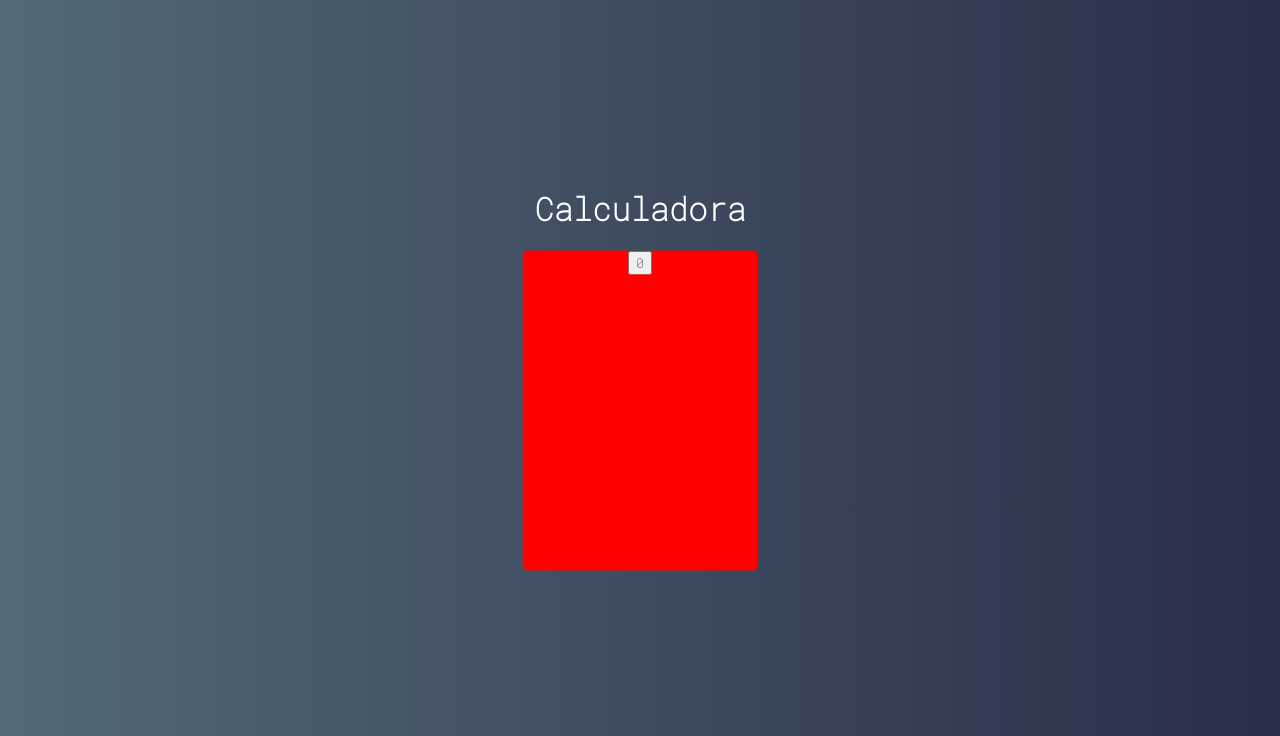
Repository: wellingtondevops/react-Calculator
Page: / (app in calculadora/)
An editor plug-in stored every save of this project. The page is shown before and after the next save, followed by the edit.
The browser window is 1280 px wide. The pictures show the whole page.
The project was rebuilt for these pictures with package versions that can differ from the ones it lists, and the page was loaded fresh each time. Also part of the build but not shown: calculadora/src/components/Button.css.

Above is the page before, as saved 2020-05-07 14:18:09.

### calculadora/src/index.js
import React from 'react';
import ReactDOM from 'react-dom';
import './index.css';
import Calculator from './main/Calculator'
import * as serviceWorker from './serviceWorker';

ReactDOM.render(
  <div>
  <h1>Calculadora</h1>
  <Calculator />
  </div>,
  document.getElementById('root')
);

// If you want your app to work offline and load faster, you can change
// unregister() to register() below. Note this comes with some pitfalls.
// Learn more about service workers: https://bit.ly/CRA-PWA
serviceWorker.unregister();

### calculadora/src/index.css
@font-face {
  font-family: 'RobotoMono';
  src: url('./fonts/RobotoMono-Thin.ttf')
}

* {
  font-family: 'RobotoMOno', monospace;
}

body {
  display: flex;
  height: 100vh;
  justify-content: center;
  align-items: center;
  text-align: center;

  color: #fff;
  background: linear-gradient(to right, rgb(83, 105 , 118), rgb(41, 46, 73));


}

### calculadora/src/main/Calculator.jsx
import React, {Component} from 'react'
import './Calculator.css'
import Button from '../components/Button'

export default class Calculator extends Component {
    render() {
        return (
            <div className="calculator">
                <Button />

            </div>
        )
    }
}

### calculadora/src/components/Button.jsx
import React from 'react'
import './Button.css'


export default props =>
    <button className='button'>0</button>

Loaded but not shown: calculadora/public/index.html (common file); calculadora/src/serviceWorker.js (common file); calculadora/src/main/Calculator.css (common file)

After the next save:
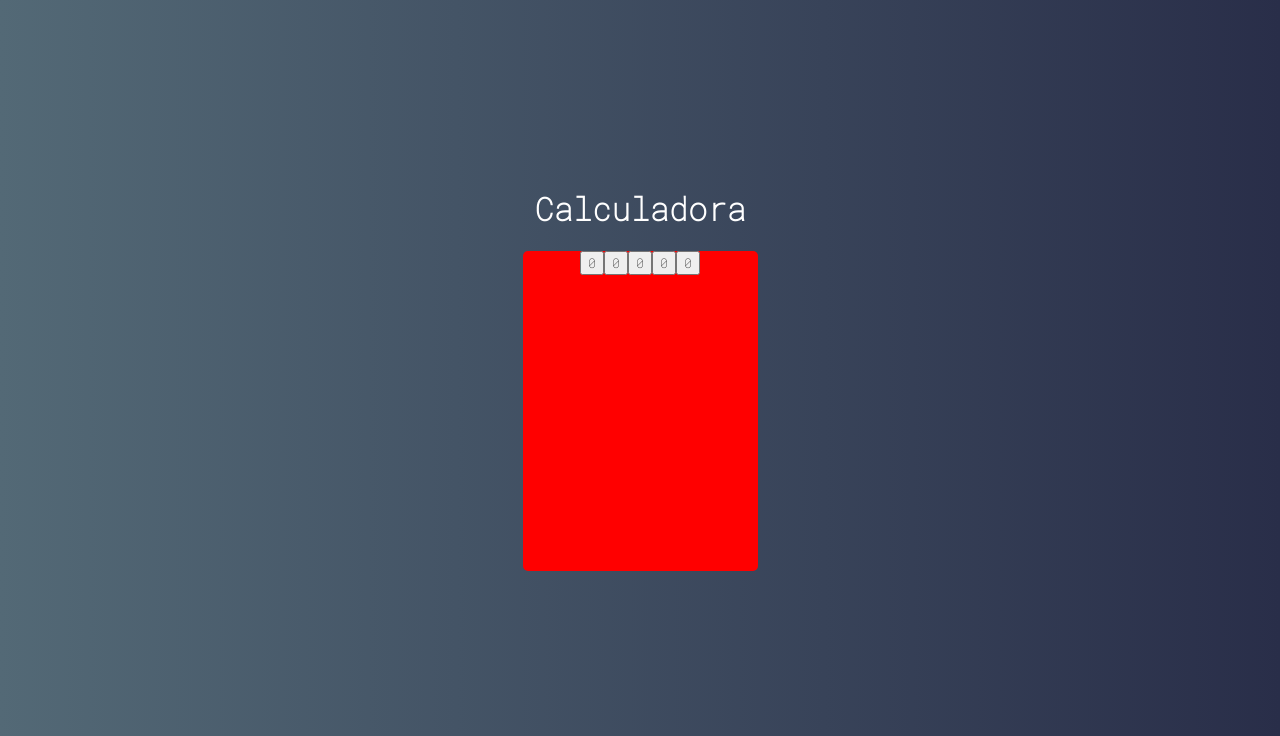
Saved 24 s later.
--- a/calculadora/src/main/Calculator.jsx
+++ b/calculadora/src/main/Calculator.jsx
@@ -7,6 +7,10 @@ export default class Calculator extends Component {
         return (
             <div className="calculator">
                 <Button />
+                <Button />
+                <Button />
+                <Button />
+                <Button />
 
             </div>
         )
